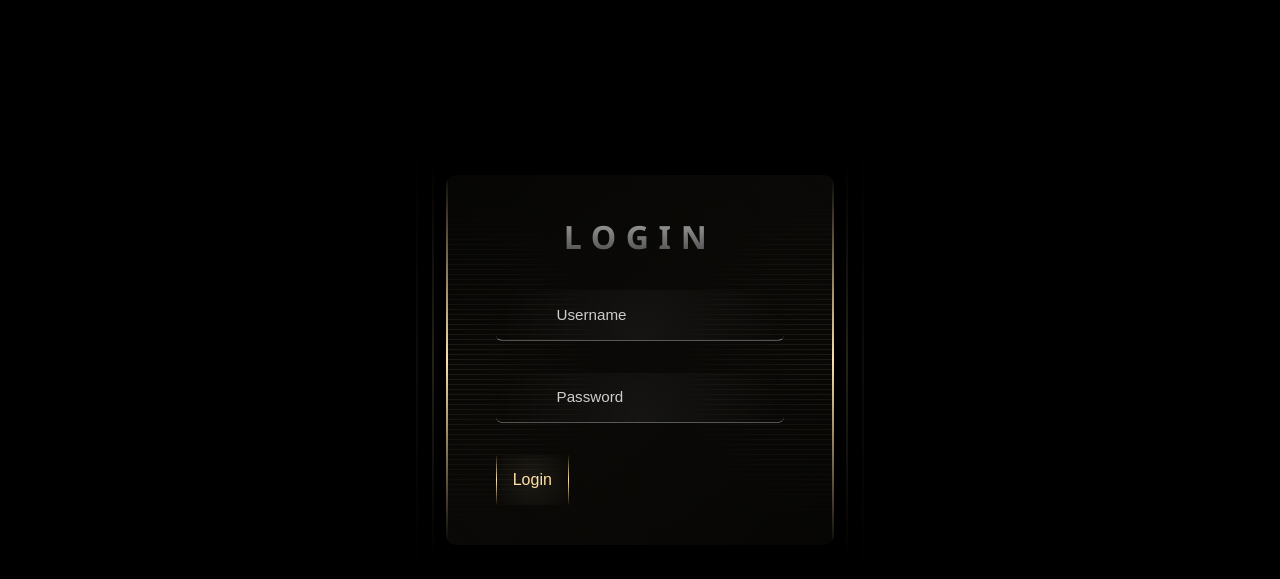
Repository: irfan-shah-sherani/Travel-Tour
Page: public/index.html
The author's editor kept a copy of each file at every save. The page is drawn from the files as they stood at one save, then again after the next save.
The browser window is 1280 px wide. The pictures show the whole page.
Some icons come from a web library that is not loaded, so they are not drawn.

Above is the page before, as saved 2025-07-11 12:57:20.

### public/index.html
<!DOCTYPE html>
<html lang="en">
<head>
  <meta charset="UTF-8" />
  <meta name="viewport" content="width=device-width, initial-scale=1.0"/>
  <title>Login Page</title>
  <link rel="stylesheet" href="index.css" />
</head>
<body style="background-color: black">

  <div class="wrapper">
    <form class="form" method="POST" action="/login">
      <span class="title">Login</span>

      <!-- Username Field -->
      <div class="input-container">
        <svg width="24" height="24" viewBox="0 0 24 24">
          <g stroke="url(#gradient-stroke)" fill="none" stroke-width="1">
            <path d="M21.6365 5H3L12.2275 12.3636L21.6365 5Z"></path>
          </g>
        </svg>
        <input class="input" type="text" name="username" placeholder="Username" required />
      </div>

      <!-- Password Field -->
      <div class="input-container">
        <svg width="24" height="24" viewBox="0 0 24 24">
          <g stroke="url(#gradient-stroke)" fill="none" stroke-width="1">
            <path d="M3.5 15.55L9.2 9.85L12.35 13L11.6 13.75H10.25L9.8 15.1L8 16L7.55 18.25L5.5 19.6H3.5V15.55Z"></path>
          </g>
        </svg>
        <input class="input" type="password" name="password" placeholder="Password" required />
      </div>

      <!-- Submit Button -->
      <div class="login-button">
        <input class="input" type="submit" value="Login" />
      </div>

      <div class="texture"></div>
    </form>
  </div>
</body>
</html>

### public/index.css
/* Base Reset */
* {
  margin: 0;
  padding: 0;
  box-sizing: border-box;
}

body {
  font-family: 'Segoe UI', Tahoma, Geneva, Verdana, sans-serif;
  background-color: black;
  color: white;
}

/* Wrapper Center */
.wrapper {
  width: 100%;
  height: 100vh;
  display: grid;
  place-content: center;
  padding: 2rem;
}

/* Form Styling */
.form {
  width: 100%;
  max-width: 400px;
  padding: 2.5rem 3rem;
  display: grid;
  gap: 2rem;
  background: radial-gradient(ellipse at top right, rgba(255, 224, 166, 0.04), transparent),
              radial-gradient(ellipse at bottom left, rgba(255, 224, 166, 0.04), transparent);
  border: 1px solid transparent;
  border-image: linear-gradient(to bottom, transparent, #ffe0a6, transparent) 1;
  border-width: 0 2px;
  border-radius: 10px;
  position: relative;
}

.form::before,
.form::after {
  content: "";
  position: absolute;
  border: inherit;
  z-index: -1;
  border-radius: inherit;
}

.form::before {
  inset: -1rem;
  opacity: 0.15;
}
.form::after {
  inset: -2rem;
  opacity: 0.05;
}

/* Form Title */
.title {
  font-size: 2rem;
  font-weight: bold;
  text-align: center;
  letter-spacing: 0.6rem;
  background: linear-gradient(#aaa, #444);
  color: transparent;
  background-clip: text;
  -webkit-background-clip: text;
  text-transform: uppercase;
}

/* Input Group */
.input-container {
  display: flex;
  align-items: center;
  gap: 1rem;
  background: radial-gradient(circle at 50% 94%, rgba(255, 255, 255, 0.05), transparent);
  border-bottom: 1px solid rgba(255, 255, 255, 0.3);
  padding: 0.7rem 1rem;
  border-radius: 6px;
  transition: border 0.3s ease;
}

.input-container:focus-within {
  border-color: #ffe0a6;
}

/* Input Field */
.input {
  flex: 1;
  background: none;
  border: none;
  outline: none;
  color: white;
  font-size: 1rem;
  padding: 0.3rem;
}

.input::placeholder {
  color: #cccccc;
  font-size: 0.95rem;
}

/* Icon Style */
.icon {
  color: #888;
  font-size: 1.1rem;
  transition: color 0.3s ease;
}

.input-container:focus-within .icon {
  color: #ffe0a6;
}

/* Login Button */
.login-button {
  width: 100%;
}

.login-button .input {
  cursor: pointer;
  padding: 1rem;
  background: radial-gradient(circle at center, rgba(255, 224, 166, 0.08), transparent);
  border: 1px solid transparent;
  border-image: linear-gradient(transparent, #ffe0a6, transparent) 1;
  border-width: 0 1px;
  color: #ffe0a6;
  font-size: 1rem;
  border-radius: 5px;
  transition: transform 0.2s, filter 0.2s;
}

.login-button .input:hover {
  filter: brightness(1.1);
  transform: scale(1.02);
}

.login-button .input:active {
  transform: scale(0.97);
}

/* Texture Layer */
.texture {
  position: absolute;
  inset: 0;
  pointer-events: none;
  background-image: linear-gradient(0deg, #ffffff 1px, transparent 1px);
  background-size: 1px 5px;
  mix-blend-mode: soft-light;
  animation: movingLines 1s linear infinite;
  -webkit-mask-image: radial-gradient(40% 45% at 100% 50%, white 0%, transparent 100%),
                      radial-gradient(40% 45% at 0% 50%, white 0%, transparent 100%);
  mask-image: radial-gradient(40% 45% at 100% 50%, white 0%, transparent 100%),
              radial-gradient(40% 45% at 0% 50%, white 0%, transparent 100%);
}

/* Animations */
@keyframes movingLines {
  0% { background-position: 0 0; }
  100% { background-position: 0 5px; }
}

/* Responsive */
@media (max-width: 600px) {
  .form {
    padding: 1.5rem;
    gap: 1.5rem;
  }

  .title {
    font-size: 1.6rem;
    letter-spacing: 0.3rem;
  }

  .input-container {
    gap: 0.6rem;
    padding: 0.5rem 0.8rem;
  }

  .input {
    font-size: 0.95rem;
  }

  .login-button .input {
    font-size: 0.95rem;
  }
}

After the next save:
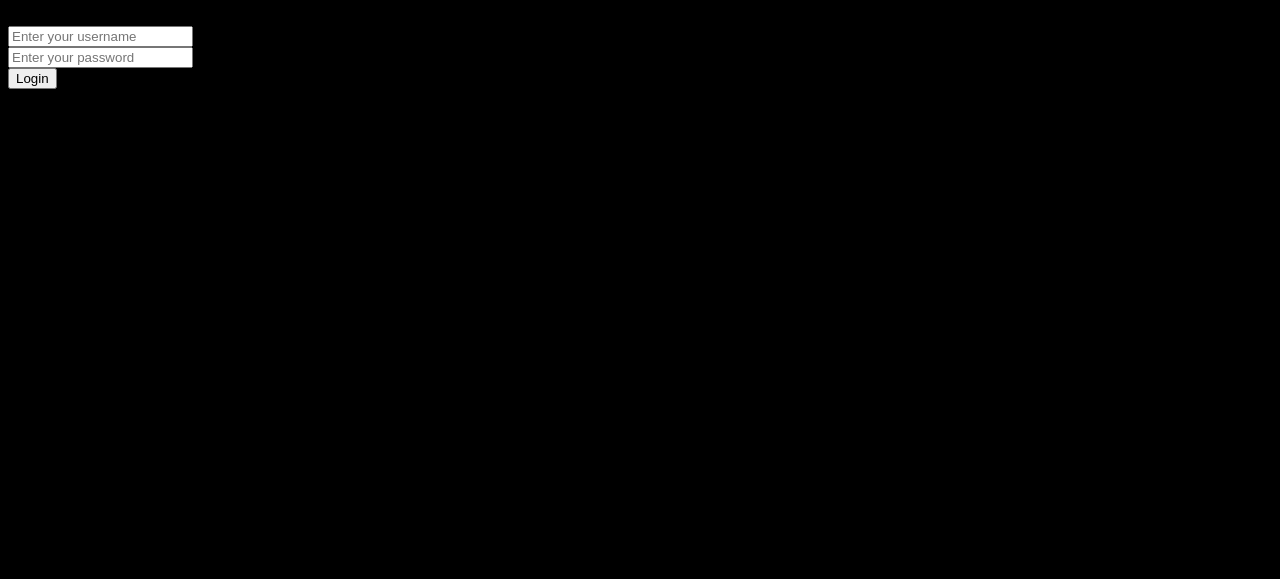
Not found: public/style.css
Saved 17 s later.
--- a/public/index.html
+++ b/public/index.html
@@ -4,7 +4,8 @@
   <meta charset="UTF-8" />
   <meta name="viewport" content="width=device-width, initial-scale=1.0"/>
   <title>Login Page</title>
-  <link rel="stylesheet" href="index.css" />
+  <link rel="stylesheet" href="style.css" />
+  <script src="https://kit.fontawesome.com/your-kit-id.js" crossorigin="anonymous"></script>
 </head>
 <body style="background-color: black">
 
@@ -14,22 +15,14 @@
 
       <!-- Username Field -->
       <div class="input-container">
-        <svg width="24" height="24" viewBox="0 0 24 24">
-          <g stroke="url(#gradient-stroke)" fill="none" stroke-width="1">
-            <path d="M21.6365 5H3L12.2275 12.3636L21.6365 5Z"></path>
-          </g>
-        </svg>
-        <input class="input" type="text" name="username" placeholder="Username" required />
+        <i class="fas fa-user icon"></i>
+        <input class="input" type="text" name="username" placeholder="Enter your username" required />
       </div>
 
       <!-- Password Field -->
       <div class="input-container">
-        <svg width="24" height="24" viewBox="0 0 24 24">
-          <g stroke="url(#gradient-stroke)" fill="none" stroke-width="1">
-            <path d="M3.5 15.55L9.2 9.85L12.35 13L11.6 13.75H10.25L9.8 15.1L8 16L7.55 18.25L5.5 19.6H3.5V15.55Z"></path>
-          </g>
-        </svg>
-        <input class="input" type="password" name="password" placeholder="Password" required />
+        <i class="fas fa-lock icon"></i>
+        <input class="input" type="password" name="password" placeholder="Enter your password" required />
       </div>
 
       <!-- Submit Button -->

After the save that followed:
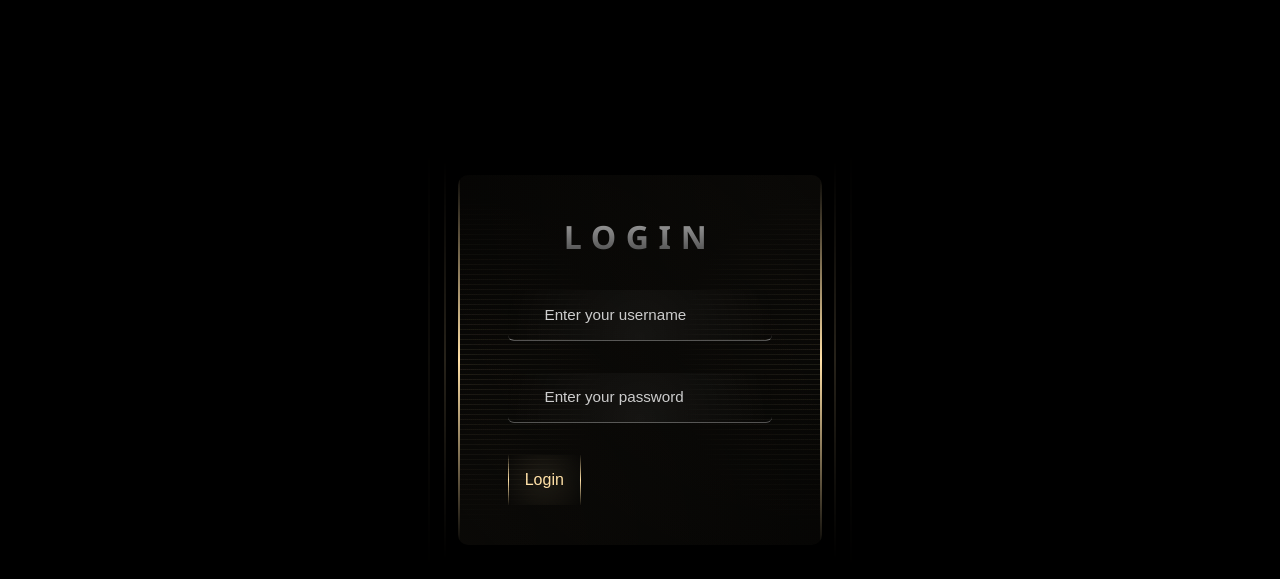
Saved 19 s later.
--- a/public/index.html
+++ b/public/index.html
@@ -4,7 +4,7 @@
   <meta charset="UTF-8" />
   <meta name="viewport" content="width=device-width, initial-scale=1.0"/>
   <title>Login Page</title>
-  <link rel="stylesheet" href="style.css" />
+  <link rel="stylesheet" href="index.css" />
   <script src="https://kit.fontawesome.com/your-kit-id.js" crossorigin="anonymous"></script>
 </head>
 <body style="background-color: black">
